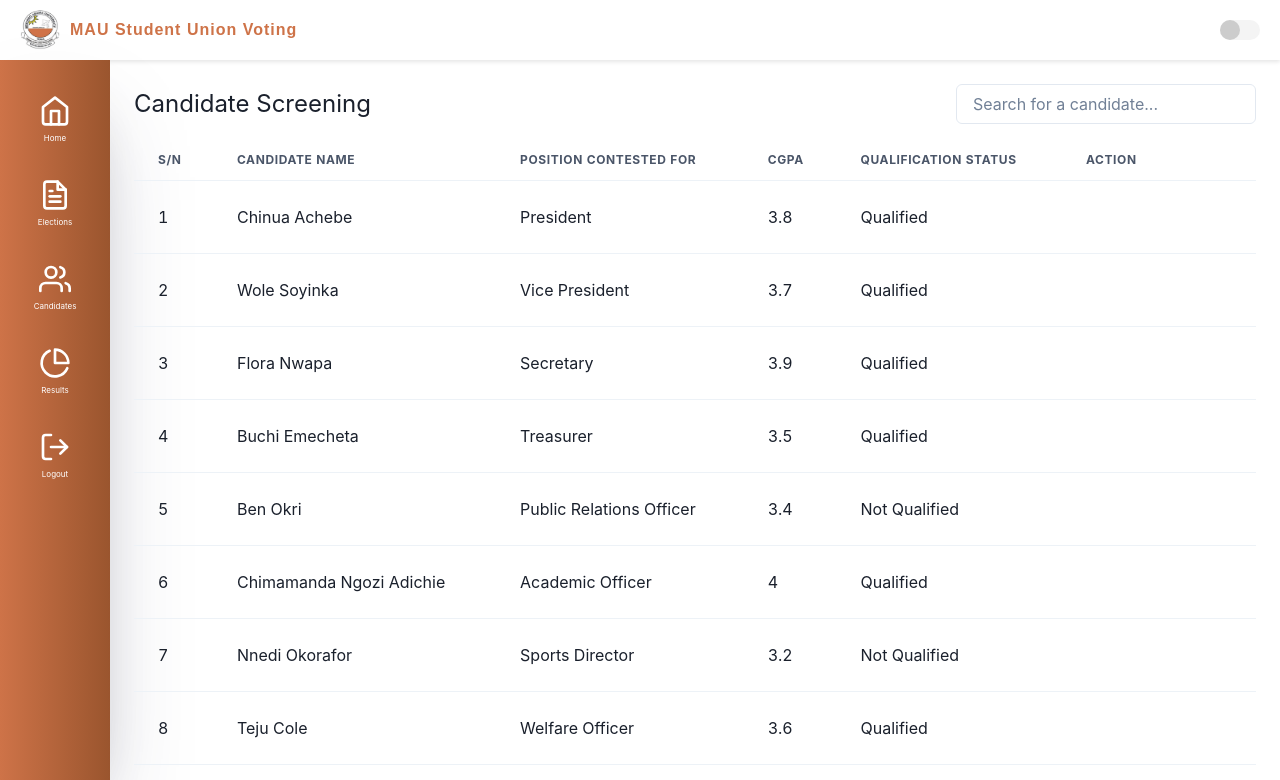
Repository: joena1o/e-vote
Page: /ElectionCommittee-dashboard/candidates-screening
The author's editor kept a copy of each file at every save. The page is drawn from the files as they stood at one save, then again after the next save.
The browser window is 1280 px wide. The pictures show the whole page.
An inner scrolling area shows only its first screen. The project was rebuilt for these pictures with package versions that can differ from the ones it lists, and the page was loaded fresh each time. Also part of the build but not shown: src/components/EnhancedLogin.js, src/components/maincontent/RegisterStudents/ManageStudents.js, src/components/maincontent/RegisterStudents/RegisterStudents.js, src/components/maincontent/RegisterStudents/StudentManagement.js, src/components/maincontent/ElectionResults/ViewResults.js, src/components/maincontent/ElectionResults/report.js, src/components/maincontent/ElectionResults/ViewElectionResults.js, src/components/maincontent/Settings/Settings.js and 21 more.

Above is the page before, as saved 2023-11-02 09:17:12.

### src/index.js
import React from 'react';
import ReactDOM from 'react-dom/client';
import './index.css';
import App from './App';
import reportWebVitals from './reportWebVitals';
import Modal from 'react-modal';

// Set the app element for the modal for accessibility purposes
Modal.setAppElement('#root');

const root = ReactDOM.createRoot(document.getElementById('root'));
root.render(
  <React.StrictMode>
    <App />
  </React.StrictMode>
);

// If you want to start measuring performance in your app, pass a function
// to log results (for example: reportWebVitals(console.log))
// or send to an analytics endpoint. Learn more: https://bit.ly/CRA-vitals
reportWebVitals();

### src/App.js
import React from 'react';
import { BrowserRouter as Router, Routes, Route, Navigate } from 'react-router-dom';
import EnhancedLogin from './components/EnhancedLogin';
import AdminDashboard from './components/AdminDashboard';
import StudentDashboard from './components/StudentDashboard';
import { ChakraProvider, ColorModeProvider, Button, useColorMode } from '@chakra-ui/react';
import { Provider } from 'react-redux';
import store from './Redux/store';
import ElectionCommitteeDashboard from './components/maincontent/ElectionCommitteeDashboard';

// Component to toggle dark mode
function DarkModeToggle() {
  const { colorMode, toggleColorMode } = useColorMode();
  return (
    <Button onClick={toggleColorMode} position="fixed" m={4} zIndex={10}>
      Toggle {colorMode === 'light' ? 'Dark' : 'Light'}
    </Button>
  );
}

function App() {
  // Check if the current route is not the "/login" route, then render the DarkModeToggle
  // const isLoginPage = window.location.pathname === '/login';

  return (
    <Provider store={store}>
      <ChakraProvider>
        <ColorModeProvider options={{ useSystemColorMode: true }}>
          <Router>
            <Routes>
              {/* Define your routes */}
              <Route path="/login" element={<EnhancedLogin />} />
              <Route path="/admin-dashboard/*" element={<AdminDashboard />} />
              <Route path="/ElectionCommittee-dashboard/*" element={<ElectionCommitteeDashboard />} />
              <Route path='/student-dashboard/*' element={<StudentDashboard />} />
              {/* Redirect root to /admin-dashboard */}
              <Route path="/" element={<Navigate to="/admin-dashboard" replace />} />
            </Routes>
          </Router>
          {/* Render DarkModeToggle only if not on the "/login" page */}
          {/* {!isLoginPage && <DarkModeToggle />} */}
        </ColorModeProvider>
      </ChakraProvider>
    </Provider>
  );
}

export default App;

### src/Redux/store.js
import { configureStore } from '@reduxjs/toolkit';
import electionReducer from './electionSlice';
import studentsReducer from './studentsSlice';
import candidatesReducer from './CandidateSlice'; // Import the candidates reducer

const store = configureStore({
  reducer: {
    elections: electionReducer,
    students: studentsReducer,
    candidates: candidatesReducer, // Add the candidates reducer here
  },
});

export default store;

### src/components/maincontent/ElectionCommitteeDashboard.js
// ElectionCommitteeDashboard.js
import React from 'react';
import { Routes, Route } from 'react-router-dom';
import ElectionCommitteeSidebar from './ElectionCommitteeSidebar';
import Navbar from '../Navbar';
import styled from 'styled-components';
import ElectionList from './ManageElections/ManageElections';
import ViewResults from './ElectionResults/ViewElectionResults';
import ElectionCommitteeHome from './home/ElectionCommitteeHome';
import CandidatesScreening from './CandidateScreening/CandidateScreening';



const Container = styled.div`
  display: flex;
  flex-direction: column;
  height: 100vh;
  width: 100%;
`;

const Content = styled.div`
  display: flex;
  flex: 1;
`;

const ElectionCommitteeDashboard = () => {
  return (
    <Container>
      <Navbar />
      <Content>
        <ElectionCommitteeSidebar />
        <Routes>
          <Route index element={<ElectionCommitteeHome />} />

          <Route path="election-list" element={<ElectionList />} />
          <Route path="candidates-screening" element={<CandidatesScreening />} />
          <Route path="view-results" element={<ViewResults />} />

        </Routes>
      </Content>
    </Container>
  );
};

export default ElectionCommitteeDashboard;

### src/components/Navbar.js
import React from 'react';
import styled, { createGlobalStyle } from 'styled-components';
import logo from '../assets/school_logo.jpg';
import { useColorMode } from '@chakra-ui/react';

const GlobalStyle = createGlobalStyle`
  body {
    background-color: ${props => (props.theme === 'dark' ? '#333' : '#fff')};
    color: ${props => (props.theme === 'dark' ? '#fff' : '#000')}; // Set other component texts to black in light mode
  }
`;

const Header = styled.header`
  background: ${props => (props.theme === 'dark' ? '#333' : '#fff')};
  color: ${props => (props.theme === 'dark' ? '#fff' : '#ce7348')}; // Set navbar text to brown in light mode
  padding: 10px 20px;
  display: flex;
  align-items: center;
  justify-content: flex-start;
  box-shadow: 0px 2px 4px rgba(0, 0, 0, 0.1);
  font-family: 'Poppins', sans-serif;
`;


const Logo = styled.img`
  width: 40px;
  height: 40px;
  border-radius: 20px;
  margin-right: 10px;
`;

const Title = styled.h1`
  margin: 0;
  padding: 0;
  font-size: 1rem;
  font-weight: 600;
  letter-spacing: 1px;
`;

const ToggleSlider = styled.label`
  display: flex;
  align-items: center;
  cursor: pointer;
  margin-left: auto;
`;

const SliderInput = styled.input.attrs({ type: 'checkbox' })`
  display: none;
`;

const Slider = styled.div`
  width: 40px;
  height: 20px;
  background-color: ${props => (props.theme === 'dark' ? '#333' : '#f4f4f4')};
  border-radius: 20px;
  position: relative;
  transition: background-color 0.3s ease;
  cursor: pointer;

  &::after {
    content: '';
    width: 20px;
    height: 20px;
    border-radius: 50%;
    background-color: ${props => (props.theme === 'dark' ? '#fff' : '#ccc')};
    position: absolute;
    top: 50%;
    transform: translateY(-50%);
    left: ${props => (props.theme === 'dark' ? '20px' : '0')};
    transition: left 0.3s ease;
  }
`;

function Navbar() {
  const { colorMode, toggleColorMode } = useColorMode();

  return (
    <>
      <GlobalStyle theme={colorMode} />
      <Header theme={colorMode}>
        <Logo src={logo} alt="University Logo" />
        <Title>MAU Student Union Voting</Title>
        <ToggleSlider>
          <SliderInput type="checkbox" onChange={toggleColorMode} />
          <Slider theme={colorMode} />
        </ToggleSlider>
      </Header>
    </>
  );
}

export default Navbar;

### src/Redux/electionSlice.js
/*import { createSlice, createAsyncThunk } from '@reduxjs/toolkit';
import { API, graphqlOperation } from 'aws-amplify';
import { createElection as createElectionAPI } from '../graphql/mutations';

export const createElection = createAsyncThunk(
  'elections/createElection',
  async (election, { rejectWithValue }) => {
    try {
      const result = await API.graphql(graphqlOperation(createElectionAPI, { input: election }));
      return result.data.createElection;
    } catch (error) {
      return rejectWithValue(error);
    }
  }
);

const electionSlice = createSlice({
  name: 'elections',
  initialState: [],
  reducers: {},
  extraReducers: (builder) => {
    builder.addCase(createElection.fulfilled, (state, action) => {
      state.push(action.payload);
    });
  },
});

export default electionSlice.reducer;
*/

### src/Redux/studentsSlice.js
import { createSlice } from '@reduxjs/toolkit';

export const studentsSlice = createSlice({
  name: 'students',
  initialState: [],
  reducers: {
    addStudents: (state, action) => {
      // Add students to the Redux store
      action.payload.forEach(student => {
        state.push(student);
      });
    },
  },
});

export const { addStudents } = studentsSlice.actions;

export default studentsSlice.reducer;

### src/Redux/CandidateSlice.js

import { createSlice } from '@reduxjs/toolkit';

export const candidatesSlice = createSlice({
  name: 'candidates',
  initialState: [],
  reducers: {
    setCandidates: (state, action) => {
      return action.payload;
    },
  },
});

export const { setCandidates } = candidatesSlice.actions;
export default candidatesSlice.reducer;

### src/components/maincontent/ElectionCommitteeSidebar.js
import React from 'react';
import styled from 'styled-components';
import { Link } from 'react-router-dom';
import { FiHome, FiFileText, FiUsers, FiPieChart, FiBarChart2, FiLogOut } from 'react-icons/fi';
import { useColorMode } from '@chakra-ui/react';


const SidebarContainer = styled.nav`
  background: ${props => (props.theme === 'dark' ? '#333' : 'linear-gradient(to right, #ce7348, #9a552e)')};
  padding: 15px;
  height: 100vh;
  color: #fff;
  box-shadow: rgba(50, 50, 93, 0.25) 0px 50px 100px -20px, rgba(0, 0, 0, 0.3) 0px 30px 60px -30px;
  display: flex;
  flex-direction: column;
`;

const LinkList = styled.ul`
  list-style-type: none;
  padding: 0;
  flex: 1;
`;

const StyledLink = styled(Link)`
  text-decoration: none;
  color: #fff;
  display: flex;
  flex-direction: column;
  align-items: center;
  transition: color 0.3s ease;
  margin-bottom: 15px;
  cursor: pointer;
  font-size: 0.5rem;

  &:hover {
    color: #fce364;
  }

  width: 80px;
  text-align: center;
  word-wrap: break-word;
  overflow-wrap: break-word;
`;

const LinkItem = styled.li`
  display: flex;
  align-items: center;
  margin-top: 20px;
`;

const Icon = styled.div`
  font-size: 2rem;
  color: #fff;

  margin-bottom: 5px;

  ${StyledLink}:hover & {
    color: #fce364;
  }
`;

const QuickStats = styled.div`
  margin-top: auto;
  padding: 10px;
  background: rgba(0, 0, 0, 0.1);
  border-top: 1px solid #fff;
`;

function ElectionCommitteeSidebar() {
  const { colorMode } = useColorMode();

  return (
    <SidebarContainer theme={colorMode}>
      <LinkList>
        <LinkItem>
          <StyledLink to="/ElectionCommittee-dashboard">
            <Icon><FiHome /></Icon>
            Home
          </StyledLink>
        </LinkItem>
        <LinkItem>
          <StyledLink to="/ElectionCommittee-dashboard/election-list">
            <Icon><FiFileText /></Icon>
            Elections
          </StyledLink>
        </LinkItem>
        <LinkItem>
          <StyledLink to="/ElectionCommittee-dashboard/candidates-screening">
            <Icon><FiUsers /></Icon>
            Candidates
          </StyledLink>
        </LinkItem>
        <LinkItem>
          <StyledLink to="/ElectionCommittee-dashboard/view-results">
            <Icon><FiPieChart /></Icon>
            Results
          </StyledLink>
        </LinkItem>
        <LinkItem>
        <StyledLink to="/logout">
            <Icon><FiLogOut /></Icon>
            Logout
          </StyledLink>
        </LinkItem>
      </LinkList>

    </SidebarContainer>
  );
}

export default ElectionCommitteeSidebar;

### src/components/maincontent/CandidateScreening/CandidateScreening.js
import React, { useState } from 'react';
import {
  Box,
  Input,
  Table,
  Thead,
  Tbody,
  Tr,
  Th,
  Td,
  Button,
  useDisclosure,
  Modal,
  ModalOverlay,
  ModalContent,
  ModalHeader,
  ModalFooter,
  ModalBody,
  ModalCloseButton,
  Text,
} from '@chakra-ui/react';

// Mock data array
const mockCandidates = [
  {
    id: 1,
    name: 'Chinua Achebe',
    position: 'President',
    cgpa: 3.8,
    qualificationStatus: 'Qualified',
  },
  {
    id: 2,
    name: 'Wole Soyinka',
    position: 'Vice President',
    cgpa: 3.7,
    qualificationStatus: 'Qualified',
  },
  {
    id: 3,
    name: 'Flora Nwapa',
    position: 'Secretary',
    cgpa: 3.9,
    qualificationStatus: 'Qualified',
  },
  {
    id: 4,
    name: 'Buchi Emecheta',
    position: 'Treasurer',
    cgpa: 3.5,
    qualificationStatus: 'Qualified',
  },
  {
    id: 5,
    name: 'Ben Okri',
    position: 'Public Relations Officer',
    cgpa: 3.4,
    qualificationStatus: 'Not Qualified',
    reason: 'CGPA below required threshold',
  },
  {
    id: 6,
    name: 'Chimamanda Ngozi Adichie',
    position: 'Academic Officer',
    cgpa: 4.0,
    qualificationStatus: 'Qualified',
  },
  {
    id: 7,
    name: 'Nnedi Okorafor',
    position: 'Sports Director',
    cgpa: 3.2,
    qualificationStatus: 'Not Qualified',
    reason: 'Lacks required sports management experience',
  },
  {
    id: 8,
    name: 'Teju Cole',
    position: 'Welfare Officer',
    cgpa: 3.6,
    qualificationStatus: 'Qualified',
  },
  {
    id: 9,
    name: 'Helon Habila',
    position: 'President',
    cgpa: 3.1,
    qualificationStatus: 'Not Qualified',
    reason: 'Disciplinary issues',
  },
  {
    id: 10,
    name: 'Sefi Atta',
    position: 'Senator',
    cgpa: 3.7,
    qualificationStatus: 'Qualified',
  },
];

function CandidateScreening() {
  const [searchTerm, setSearchTerm] = useState("");
  const { isOpen, onOpen, onClose } = useDisclosure();
  const [selectedCandidate, setSelectedCandidate] = useState(null);

  const onViewDetails = (candidate) => {
    setSelectedCandidate(candidate);
    onOpen();
  };

  const filteredCandidates = searchTerm
    ? mockCandidates.filter((candidate) =>
        candidate.name.toLowerCase().includes(searchTerm.toLowerCase())
      )
    : mockCandidates;

  return (
    <Box w="100%" h="100vh" p={6} overflowY="auto">
      <Box mb={4} display="flex" justifyContent="space-between" alignItems="center">
        <Text fontSize="2xl">Candidate Screening</Text>
        <Input
          value={searchTerm}
          onChange={(e) => setSearchTerm(e.target.value)}
          placeholder="Search for a candidate..."
          width="300px"
        />
      </Box>
      <Table variant="simple">
        <Thead>
          <Tr>
            <Th>S/N</Th>
            <Th>Candidate Name</Th>
            <Th>Position Contested For</Th>
            <Th>CGPA</Th>
            <Th>Qualification Status</Th>
            <Th>Action</Th>
          </Tr>
        </Thead>
        <Tbody>
          {filteredCandidates.map((candidate, index) => (
            <Tr key={candidate.id}>
              <Td>{index + 1}</Td>
              <Td>{candidate.name}</Td>
              <Td>{candidate.position}</Td>
              <Td>{candidate.cgpa}</Td>
              <Td>{candidate.qualificationStatus}</Td>
              <Td>
                <Button colorScheme="yellow.500" onClick={() => onViewDetails(candidate)}>
                  View Details
                </Button>
              </Td>
            </Tr>
          ))}
        </Tbody>
      </Table>

      {selectedCandidate && (
        <Modal isOpen={isOpen} onClose={onClose}>
          <ModalOverlay />
          <ModalContent>
            <ModalHeader>{selectedCandidate.name}</ModalHeader>
            <ModalCloseButton />
            <ModalBody>
              <Text><strong>Position Contested For:</strong> {selectedCandidate.position}</Text>
              <Text><strong>CGPA:</strong> {selectedCandidate.cgpa}</Text>
              <Text><strong>Qualification Status:</strong> {selectedCandidate.qualificationStatus}</Text>
              {selectedCandidate.reason && (
                <Text color="red.500"><strong>Reason:</strong> {selectedCandidate.reason}</Text>
              )}
            </ModalBody>
            <ModalFooter>
              <Button colorScheme="blue" mr={3} onClick={onClose}>
                Close
              </Button>
            </ModalFooter>
          </ModalContent>
        </Modal>
      )}
    </Box>
  );
}

export default CandidateScreening;

Loaded but not shown: public/index.html (common file); src/index.css (common file); src/reportWebVitals.js (common file)

After the next save:
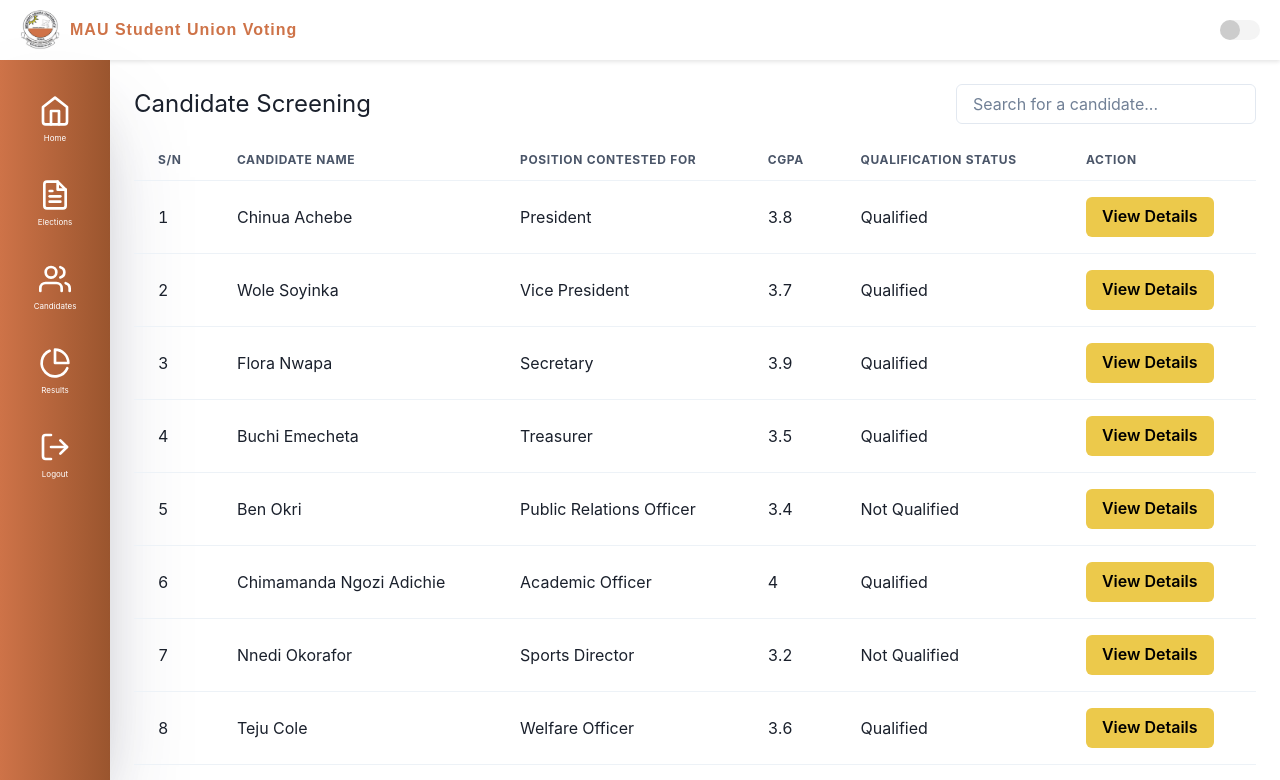
Saved 31 s later.
--- a/src/components/maincontent/CandidateScreening/CandidateScreening.js
+++ b/src/components/maincontent/CandidateScreening/CandidateScreening.js
@@ -144,7 +144,7 @@ function CandidateScreening() {
               <Td>{candidate.cgpa}</Td>
               <Td>{candidate.qualificationStatus}</Td>
               <Td>
-                <Button colorScheme="yellow.500" onClick={() => onViewDetails(candidate)}>
+                <Button colorScheme="yellow" onClick={() => onViewDetails(candidate)}>
                   View Details
                 </Button>
               </Td>
